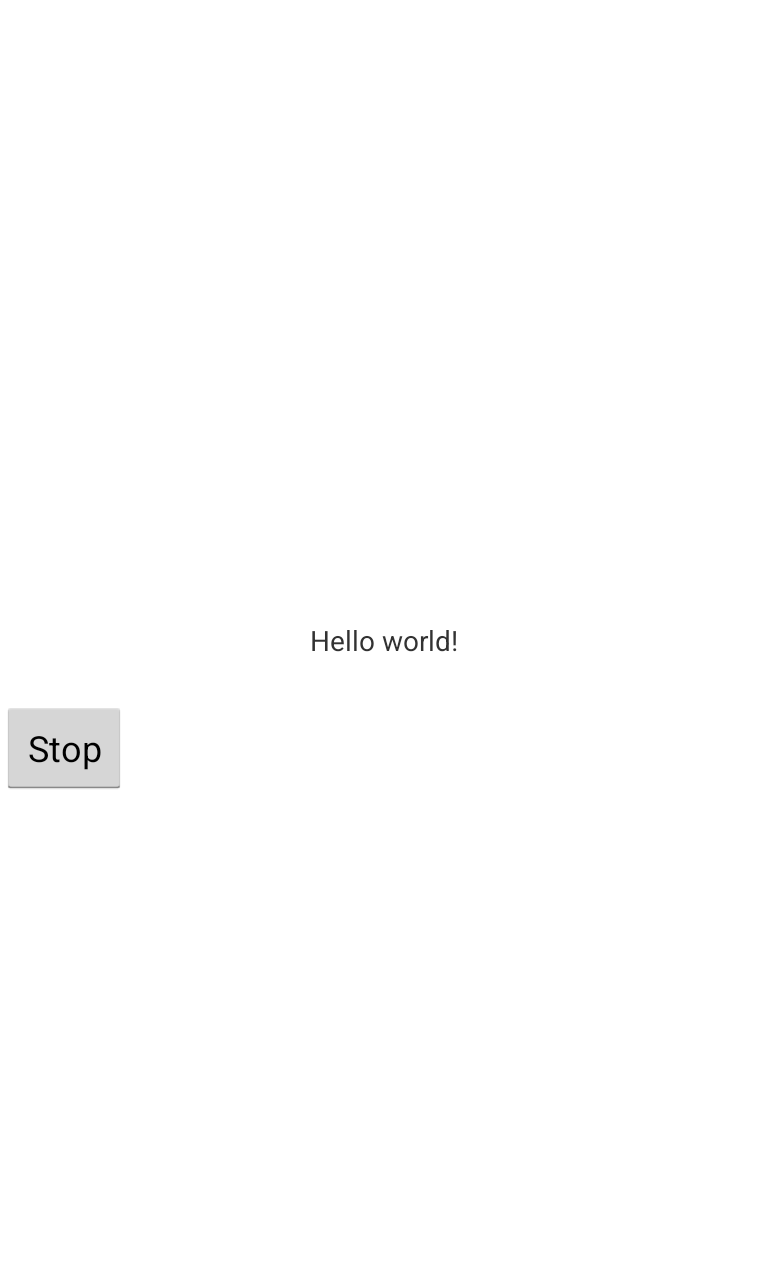
Repository: pcombi/android_dev
Layout: MP3PlayerDemo/res/layout/activity_main.xml
The author's editor kept a copy of each file at every save. The layout is drawn from the files as they stood at one save, then again after the next save.
It is drawn on a 768 x 1280 px phone screen (xhdpi) without system bars, with theme AppTheme; the app's code is not run. Lists and similar views that code fills are empty.

Above is the layout before, as saved 2012-12-21 03:49:48.

### MP3PlayerDemo/res/layout/activity_main.xml
<RelativeLayout xmlns:android="http://schemas.android.com/apk/res/android"
    xmlns:tools="http://schemas.android.com/tools"
    android:layout_width="match_parent"
    android:layout_height="match_parent"
    tools:context=".MainActivity" >

    <TextView
        android:layout_width="wrap_content"
        android:layout_height="wrap_content"
        android:layout_centerHorizontal="true"
        android:layout_centerVertical="true"
        android:text="@string/hello_world" />

    <ListView
        android:id="@+id/listView"
        android:layout_width="match_parent"
        android:layout_height="350dp"
        android:layout_alignParentLeft="true"
        android:layout_below="@+id/textView1" >

    </ListView>

    <Button
        android:id="@+id/stopBtn"
        android:layout_width="wrap_content"
        android:layout_height="wrap_content"
        android:layout_below="@+id/listView"
        android:layout_marginRight="17dp"
        android:layout_toLeftOf="@+id/textView1"
        android:text="@string/stopBtn" />

</RelativeLayout>

### MP3PlayerDemo/res/values/strings.xml
<?xml version="1.0" encoding="utf-8"?>
<resources>

    <string name="app_name">MP3PlayerDemo</string>
    <string name="hello_world">Hello world!</string>
    <string name="menu_settings">Settings</string>
    <string name="stopBtn">Stop</string>

</resources>

Loaded but not shown: MP3PlayerDemo/res/values/styles.xml (common file); MP3PlayerDemo/res/values-v11/styles.xml (common file); MP3PlayerDemo/res/values-v14/styles.xml (common file)

After the next save:
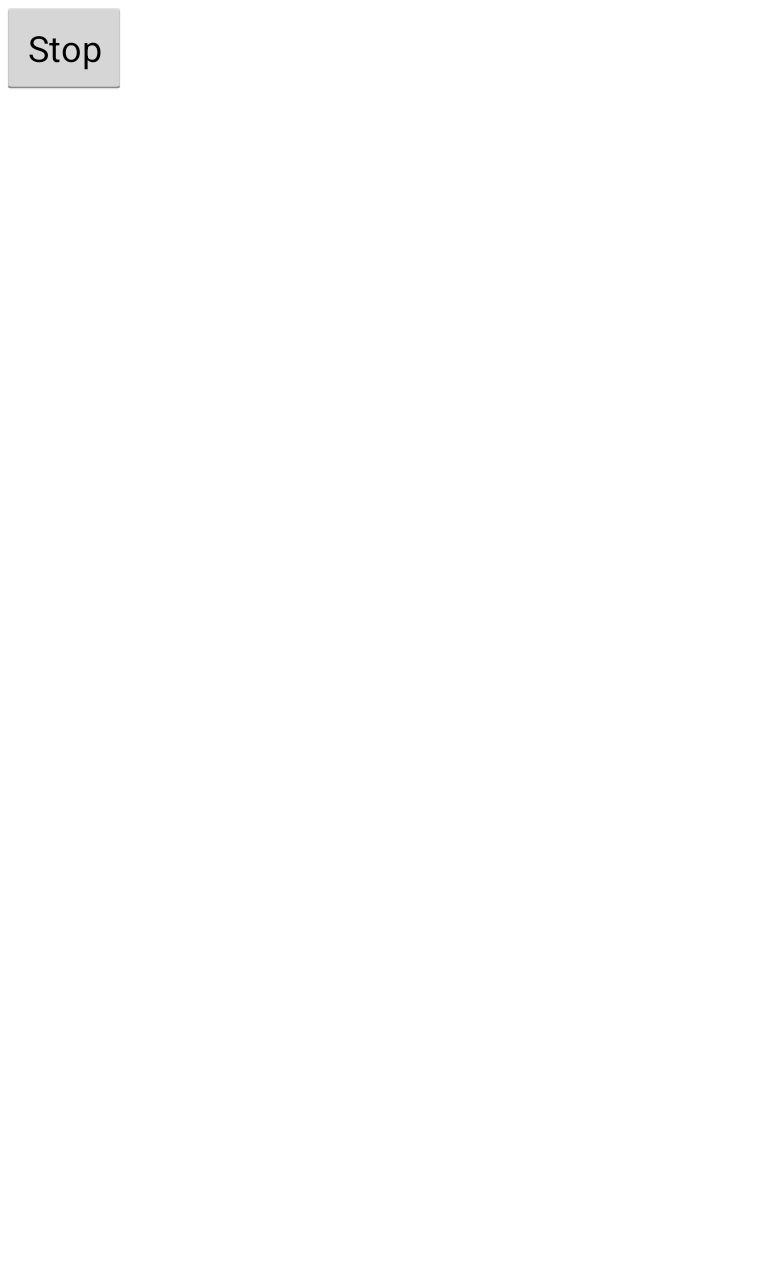
Saved 3 min 45 s later.
--- a/MP3PlayerDemo/res/layout/activity_main.xml
+++ b/MP3PlayerDemo/res/layout/activity_main.xml
@@ -4,15 +4,8 @@
     android:layout_height="match_parent"
     tools:context=".MainActivity" >
 
-    <TextView
-        android:layout_width="wrap_content"
-        android:layout_height="wrap_content"
-        android:layout_centerHorizontal="true"
-        android:layout_centerVertical="true"
-        android:text="@string/hello_world" />
-
     <ListView
-        android:id="@+id/listView"
+        android:id="@+id/android:list"
         android:layout_width="match_parent"
         android:layout_height="350dp"
         android:layout_alignParentLeft="true"
